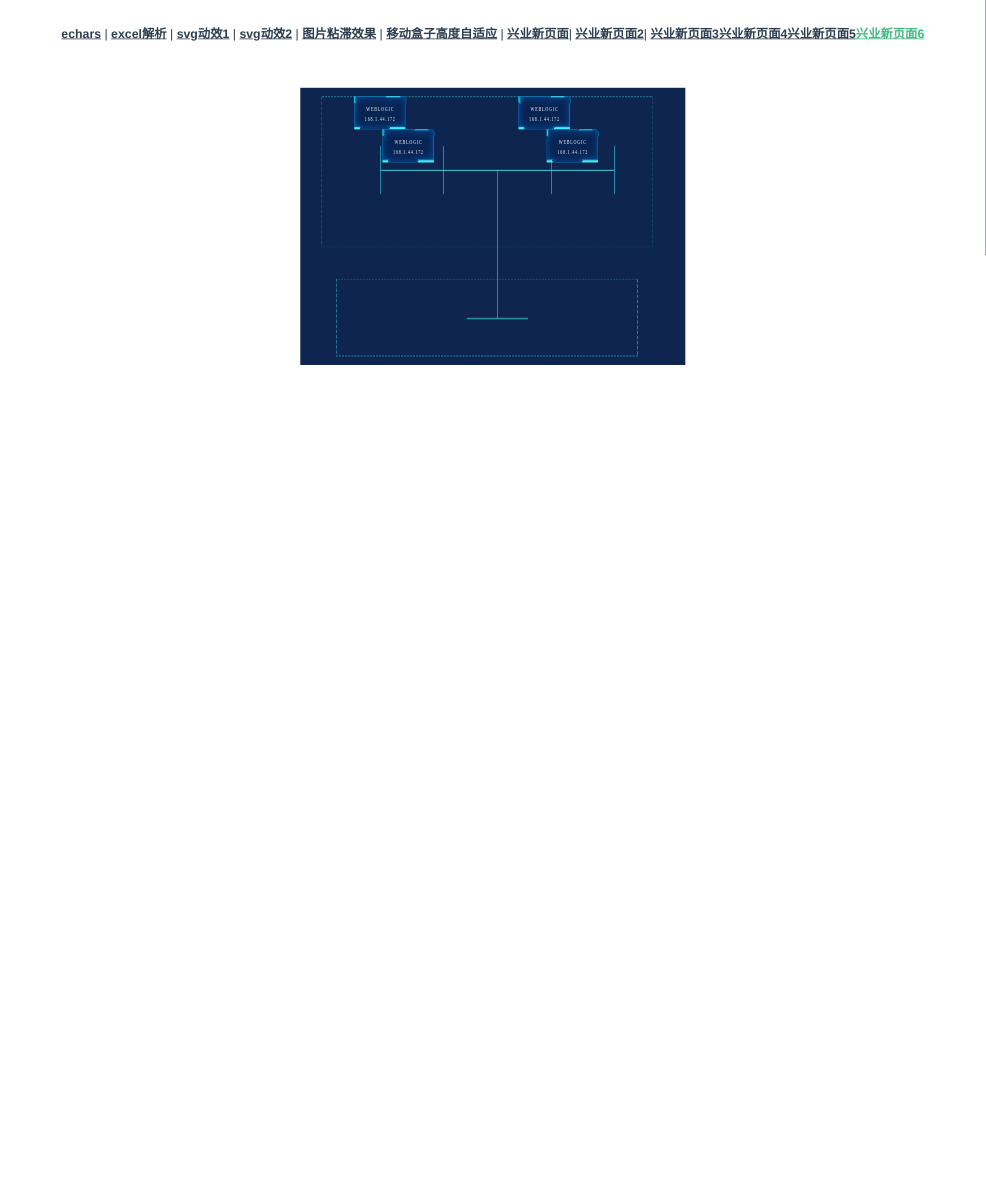
Repository: dmj199811/animation-dmj
Page: /#/work-page8
An editor plug-in stored every save of this project. The page is shown before and after the next save, followed by the edit.
The browser window is 1280 px wide. The pictures show the whole page, at 77% of full size.
The project was rebuilt for these pictures with package versions that can differ from the ones it lists, and the page was loaded fresh each time.

Above is the page before, as saved 2020-07-03 16:09:12.

After the next save:
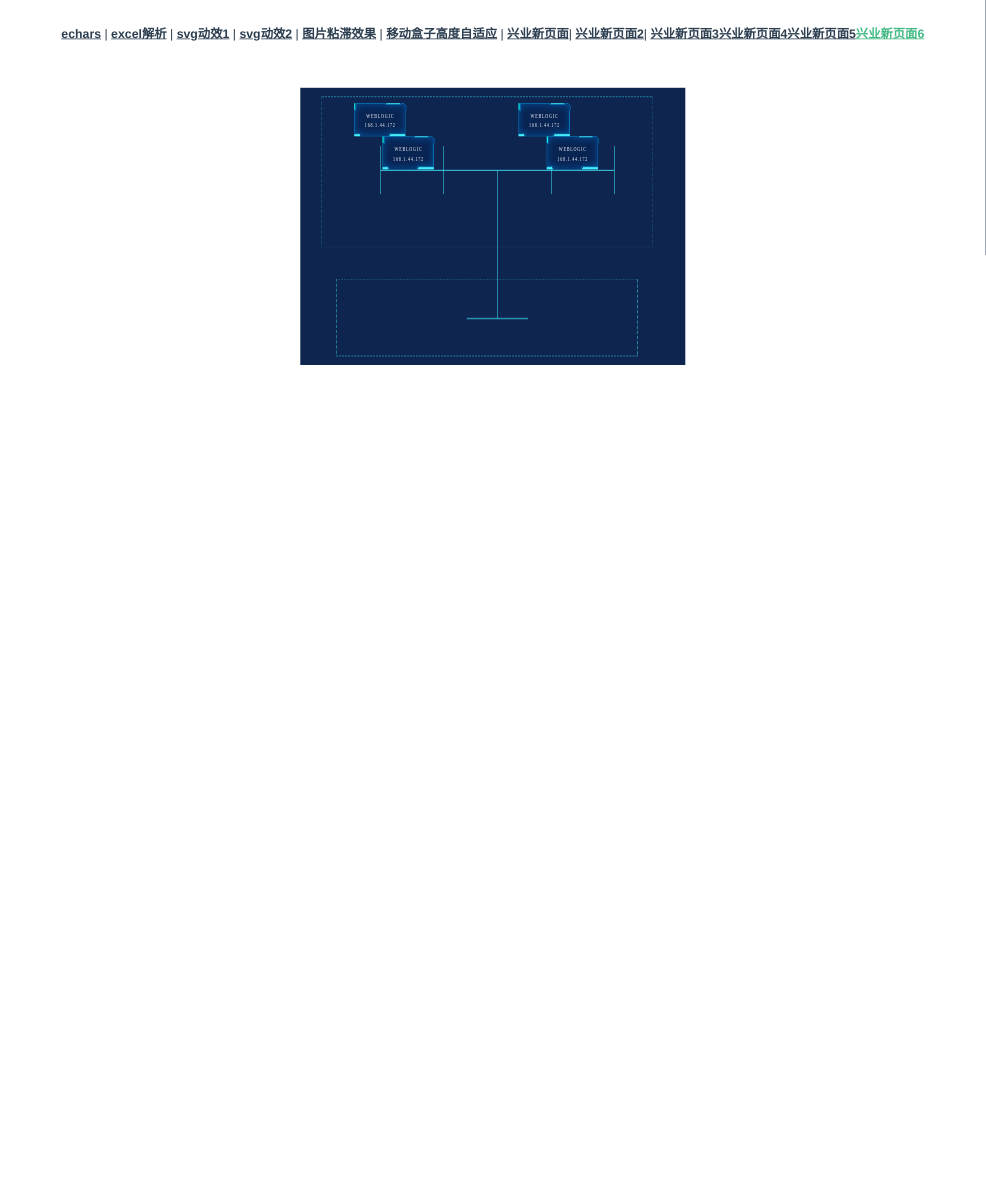
Saved 6 s later.
--- a/src/views/newPage6/index.vue
+++ b/src/views/newPage6/index.vue
@@ -113,7 +113,7 @@ export default {
   width: 500px;
   height: 305px;
   margin-left: 140px;
-  margin-top: 22px;
+  margin-top: 40px;
 
 }
 
